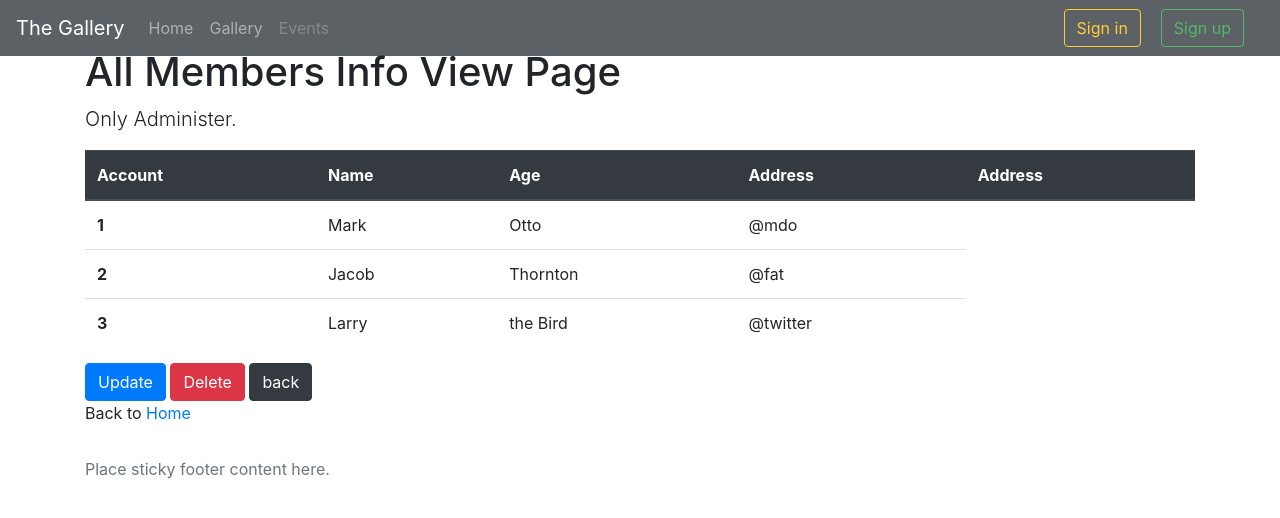
Repository: caramelsyrup/SpringProject1
Page: http://localhost/gallery/WEB-INF/views/member/allmember.jsp
An editor plug-in stored every save of this project. The page is shown before and after the next save, followed by the edit.
The browser window is 1280 px wide. The pictures show the whole page.
The page is served by Tomcat 9. Nobody is signed in. Other server files are loaded and not shown. The template is opened directly, without the code that normally fills it, so the values that code supplies are empty.

Above is the page before, as saved 2020-11-22 14:39:35.

### gallery/src/main/webapp/WEB-INF/views/member/allmember.jsp
<%@ page language="java" contentType="text/html; charset=UTF-8" pageEncoding="UTF-8"%>
<%@ include file="/resources/includes/header.jsp" %>
<!DOCTYPE html>
<html>
<head>
<meta charset="UTF-8">
<title>memberInfo</title>
</head>
<body>
<!-- Begin page content -->
<main role="main" class="flex-shrink-0">
  <div class="container" >
    <h1 class="mt-5">All Members Info View Page</h1>
    <p class="lead">Only Administer.</p>
		<table class="table">
		  <thead class="thead-dark">
		    <tr>
		      <th scope="col">Account</th>
		      <th scope="col">Name</th>
		      <th scope="col">Age</th>
		      <th scope="col">Address</th>
		      <th scope="col">Address</th>
		    </tr>
		  </thead>
		  <tbody>
		    <tr>
		      <th scope="row">1</th>
		      <td>Mark</td>
		      <td>Otto</td>
		      <td>@mdo</td>
		    </tr>
		    <tr>
		      <th scope="row">2</th>
		      <td>Jacob</td>
		      <td>Thornton</td>
		      <td>@fat</td>
		    </tr>
		    <tr>
		      <th scope="row">3</th>
		      <td>Larry</td>
		      <td>the Bird</td>
		      <td>@twitter</td>
		    </tr>
		  </tbody>
		</table>
	<input class="btn btn-primary" type="button" id="btndoUpdate" value="Update">
	<input class="btn btn-danger" type="button" id="btndoDelete" value="Delete">
	<input class="btn btn-dark" type="button" value="back" onclick="history.back()">
   <p>Back to <a href="/">Home</a></p>
  </div>

</main>
<script src="/resources/js/member.js"></script>
<footer class="footer mt-auto py-3">
  <div class="container">
    <span class="text-muted">Place sticky footer content here.</span>
  </div>
</footer>
</body>
</html>

### gallery/src/main/webapp/resources/includes/header.jsp
<%@ taglib prefix="c" uri="http://java.sun.com/jsp/jstl/core" %>
<!DOCTYPE html>
<html>
<head>
<meta charset="UTF-8">
    <meta charset="utf-8">
    <meta name="viewport" content="width=device-width, initial-scale=1, shrink-to-fit=no">
    <meta name="description" content="">
    <meta name="author" content="Mark Otto, Jacob Thornton, and Bootstrap contributors">
    <meta name="generator" content="Jekyll v4.1.1">
<script src="https://code.jquery.com/jquery-3.5.1.js" integrity="sha256-QWo7LDvxbWT2tbbQ97B53yJnYU3WhH/C8ycbRAkjPDc=" crossorigin="anonymous"></script>
<!-- Latest compiled and minified CSS -->
<link rel="stylesheet" href="https://stackpath.bootstrapcdn.com/bootstrap/4.5.2/css/bootstrap.min.css">
<!-- Latest compiled JavaScript -->
<script src="https://stackpath.bootstrapcdn.com/bootstrap/4.5.2/js/bootstrap.min.js"></script>
</head>
<!-- 최상단 -->
<body class="d-flex flex-column h-100">
    <header>
  <!-- Fixed navbar -->
  <nav class="navbar navbar-expand-md navbar-dark fixed-top bg-dark" style="opacity: 0.8;">
    <a class="navbar-brand" href="/">The Gallery</a>
    <button class="navbar-toggler" type="button" data-toggle="collapse" data-target="#navbarCollapse" aria-controls="navbarCollapse" aria-expanded="false" aria-label="Toggle navigation">
      <span class="navbar-toggler-icon"></span>
    </button>
    <div class="collapse navbar-collapse" id="navbarCollapse">
      <ul class="navbar-nav mr-auto">
        <li class="nav-item">
          <a class="nav-link" href="/">Home <!-- <span class="sr-only">(current)</span> --> </a>
        </li>
        <li class="nav-item">
          <a class="nav-link" href="/gallery/list">Gallery</a>
        </li>
        <c:choose>
	        <c:when test="${member.auth==0||member.auth==1}">
	        	<li class="nav-item">
		          <a class="nav-link" href="/events/elist">Events</a>
		        </li>
	        </c:when>
			<c:otherwise>
				<li class="nav-item">
		          <a class="nav-link disabled" href="/events/elist"  aria-disabled="true">Events</a>
		        </li>
			</c:otherwise>
        </c:choose>

	    <c:if test="${member.auth==0}">
	     <li class="nav-item">
	      <a class="nav-link" href="/member/memberInfo/${member.username}">Info</a>
	     </li>
	    </c:if>
	    <c:if test="${member.auth==1}">
	     <li class="nav-item">
	      <a class="nav-link" href="/member/allmember">All Member</a>
	     </li>
	     <li class="nav-item">
	      <a class="nav-link" href="/member/memberInfo">All Reservation</a>
	     </li>
	    </c:if>

      </ul>
       <c:choose>
       	<c:when test="${empty member.username}">
       		<a class="btn btn-outline-warning my-2 my-sm-0" href="/member/createMember" style="margin-right: 20px">Sign in</a>
      		<a class="btn btn-outline-success my-2 my-sm-0" href="/customLogin" style="margin-right: 20px">Sign up</a>
      	</c:when>
      	<c:otherwise>
        	<a class="btn btn-outline-success my-2 my-sm-0" href="/customLogout">Logout</a>
        </c:otherwise>
       </c:choose>
    </div>
  </nav>
</header>

### gallery/src/main/webapp/resources/js/member.js
$(document).ready(function(){
	// 회원가입 화면, 중복체크 버튼
	$("#btnIDchk").click(function(){

		var userID = $("#username").val();

		if(userID==""){
			alert("아이디를 입력하세요.");
			$("#username").focus();
			return false;
		}

		$.ajax({
			type:"post",
			url:"/member/idcheck",
			data:{"userID":userID}
		})
		.done(function(resp){
			if(resp.trim()=="yes"){
				alert('사용가능!');
				$(opener.documnet).find("#username").val(userID);
			}else{
				alert('사용불가능!');
				$("#username").val("");
				$("#username").focus();
			}
		})
		.fail(function(error){
			alert("error : "+error);
		})
	});

	//회원가입, 주소 검색 버튼
	$("#btnAddr").on("click",function(){
		window.open("/member/address","","width=800 height=600");
	});
	// 주소창, 주소검색 버튼
	$("#btnAddressChk").click(function(){
		var addr = $("#dong").val();

		if(addr==""){
			alert("동을 입력하세요.");
			$("#dong").focus();
			return false;
		}
		//동검색시, 하단에 결과 값 출력
		$.ajax({
			type:"post",
			url:"/member/searchAddr",
			data:{"dong":addr}
		})
		.done(function(resp){
			var Hstr="";
			Hstr+="<tr><th scope='col'>우편번호</th>";
			Hstr+="<th scope='col'>시도</th>";
			Hstr+="<th scope='col'>구군</th>";
			Hstr+="<th scope='col'>동</th>";
			Hstr+="<th scope='col'>번지</th></tr>";
			$("#resultArea thead").html(Hstr);

			var rStr="";
			$.each(resp,function(key,val){
				rStr +="<tr><th th scope='row'>"+val.zipcode+"</th>";
				rStr +="<td>"+val.sido+"</td>";
				rStr +="<td>"+val.gugun+"</td>";
				rStr +="<td>"+val.dong+"</td>";
				rStr +="<td>"+val.bunji+"</td>";
				rStr +="</tr>";
			})
			$("#resultArea tbody").html(rStr);
		})
		.fail(function(e){
			alert(e);
		});
		// 영역 클릭시, 주소에 자동 입력
		$("#resultArea").on("click","tr",function(){
			var address = $("th:eq(0)",this).text()+" "+$("td:eq(1)",this).text()+" "+$("td:eq(2)",this).text()+" "+$("td:eq(3)",this).text()+" "+$("td:eq(4)",this).text();
			$(opener.document).find("#address").val(address);
			self.close();
		});
	});

	// 회원가입 화면, 회원가입버튼
	$("#btndoCreate").on("click",function(){
		if($("#username").val().trim()==""){
			alert('아이디를 입력하세요!');
			return false;
		}
		if($("#password").val().trim()==""){
			alert('비밀번호를 입력하세요!');
			return false;
		}
		if($("#membername").val().trim()==""){
			alert('이름을 입력하세요!');
			return false;
		}
		if($("#age").val().trim()==""){
			alert('나이를 입력하세요!');
			return false;
		}
		if($("#address").val().trim()==""){
			alert('주소를 입력하세요!');
			return false;
		}
		if($("#email").val().trim()==""){
			alert('이메일을 입력하세요!');
			return false;
		}
		$("#createForm").submit();
	});

	// 회원개인정보창, 회원정보 변경
	$("#btndoUpdate").click(function(){
		if($("#password").val().trim()==""){
			alert('비밀번호를 입력하세요!');
			return false;
		}
		if($("#membername").val().trim()==""){
			alert('이름을 입력하세요!');
			return false;
		}
		if($("#age").val().trim()==""){
			alert('나이를 입력하세요!');
			return false;
		}
		if($("#address").val().trim()==""){
			alert('주소를 입력하세요!');
			return false;
		}
		if($("#email").val().trim()==""){
			alert('이메일을 입력하세요!');
			return false;
		}

		if(confirm('Would you change the information?')){
			$("#updateForm").submit();
		}
	});

	// 회원 개인정보창, 회원삭제
	$("#btndoDelete").click(function(){
		if(confirm('Would you delete your account?')){
			var username = $("#username").val();
			//삭제가 참일때
			$.ajax({
				type:"DELETE",
				url:"/member/dodelete/"+username,
				contentType:"application/json;charset=utf-8"	// 서버에 보낼때 헤더 설정. json형태, utf-8인코딩
			})
			.done(function(resp){
				alert('Done deleting');
				location.href="/customLogout";
			})
			.fail(function(e){
				alert(e);
			});
		}	//if문 종결
	});


});

After the next save:
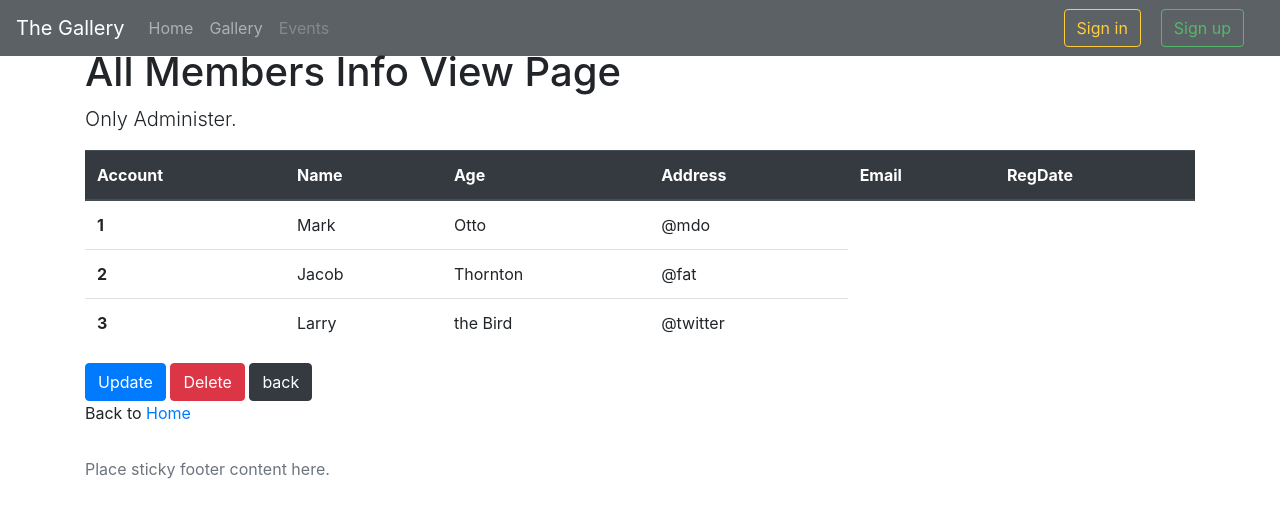
Saved 37 s later.
--- a/gallery/src/main/webapp/WEB-INF/views/member/allmember.jsp
+++ b/gallery/src/main/webapp/WEB-INF/views/member/allmember.jsp
@@ -19,7 +19,8 @@
 		      <th scope="col">Name</th>
 		      <th scope="col">Age</th>
 		      <th scope="col">Address</th>
-		      <th scope="col">Address</th>
+		      <th scope="col">Email</th>
+		      <th scope="col">RegDate</th>
 		    </tr>
 		  </thead>
 		  <tbody>
